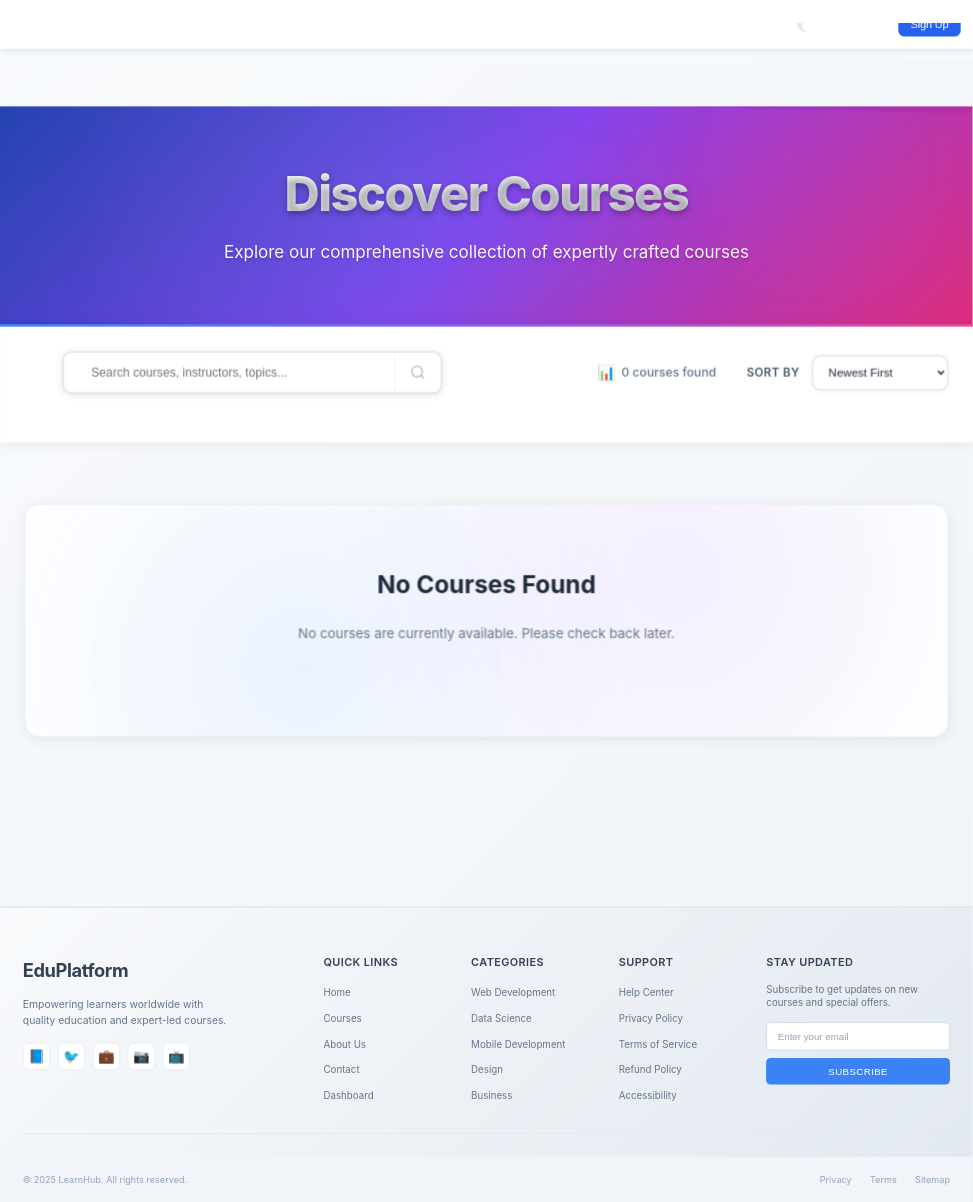
Repository: usama2132/E-Learning
Page: /#/courses (app in client/)
The author's editor kept a copy of each file at every save. The page is drawn from the files as they stood at one save, then again after the next save.
The browser window is 1280 px wide. The pictures show the whole page, at 76% of full size.
The page's requests for data from a server got no answer. The project was rebuilt for these pictures with package versions that can differ from the ones it lists, and the page was loaded fresh each time. No one was signed in, and anything a server would have sent is missing. Also part of the build but not shown: client/craco.config.js, client/src/components/common/Sidebar.js, client/src/layouts/DashboardLayout.js, client/src/styles/components/Loading.css, client/src/components/common/Loading.js, client/src/components/common/ProtectedRoute.js, client/src/styles/components/ErrorBoundary.css, client/src/components/common/ErrorBoundary.js and 96 more.

Above is the page before, as saved 2025-09-03 04:07:03.

After the next save:
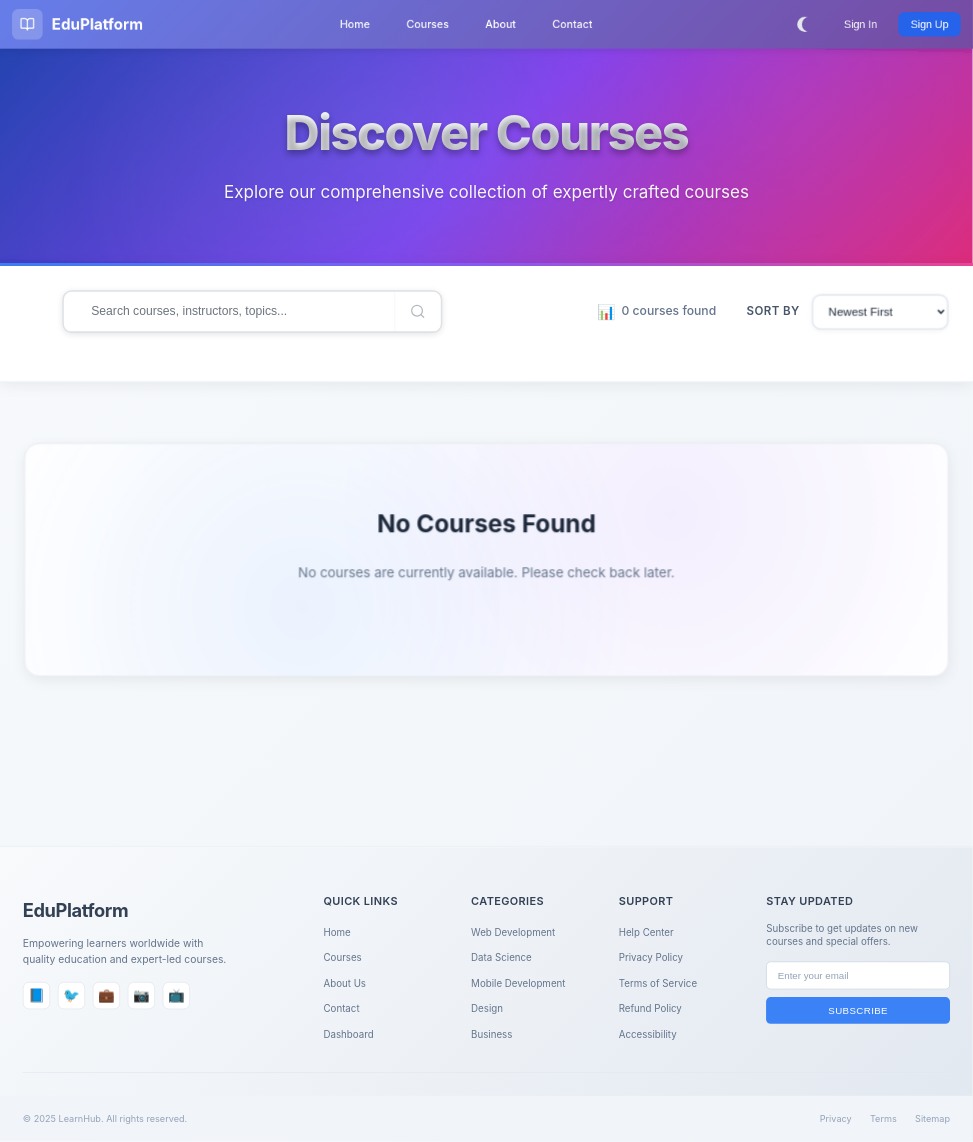
Saved 19 s later.
--- a/client/src/styles/pages/Courses.css
+++ b/client/src/styles/pages/Courses.css
@@ -986,19 +986,3 @@
 .courses-page.dark .courses-page__clear-search:focus {
   outline-color: #6366f1;
 }
-
-/* Quick navbar fix */
-.navbar, .header, [class*="nav-"] {
-  position: fixed !important;
-  top: 0 !important;
-  left: 0 !important;
-  right: 0 !important;
-  z-index: 9999 !important;
-  width: 100% !important;
-  background: rgba(255, 255, 255, 0.95) !important;
-  backdrop-filter: blur(10px) !important;
-}
-
-body {
-  padding-top: 80px !important;
-}
